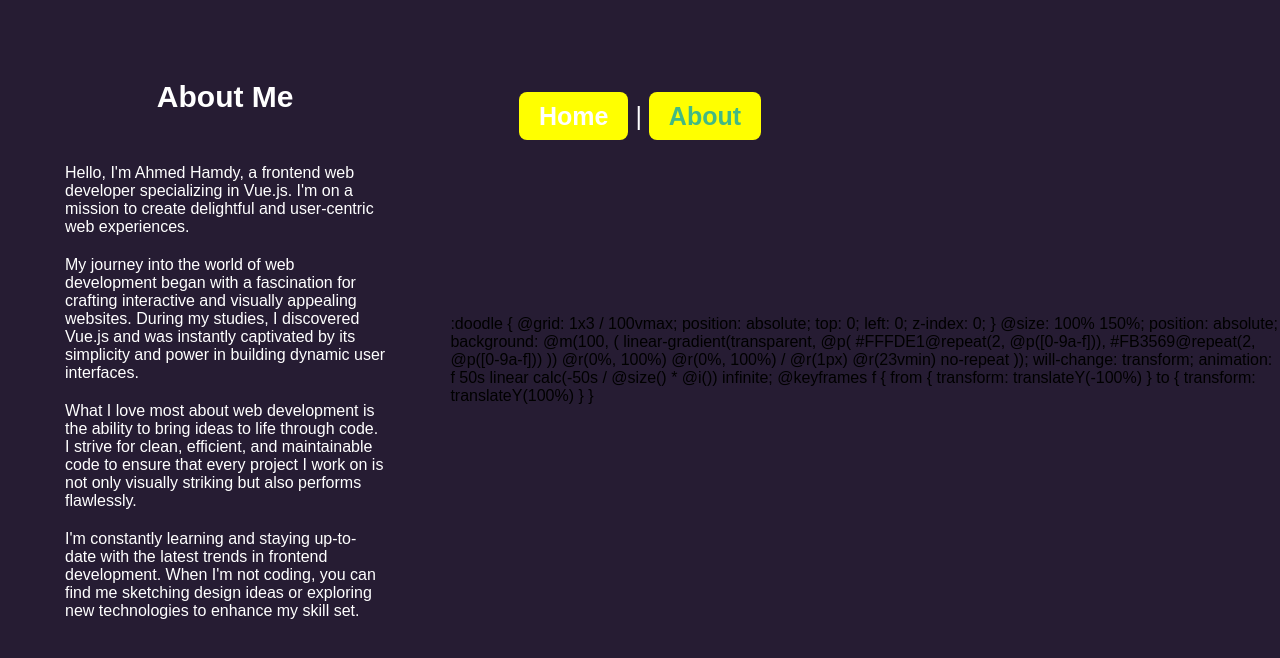
Repository: ahamdy997/portfolio
Page: /about
The author's editor kept a copy of each file at every save. The page is drawn from the files as they stood at one save, then again after the next save.
The browser window is 1280 px wide. The pictures show the whole page.
The project was rebuilt for these pictures with package versions that can differ from the ones it lists, and the page was loaded fresh each time. Also part of the build but not shown: vue.config.js, src/components/HelloWorld.vue, src/views/HomeView.vue.

Above is the page before, as saved 2023-11-05 00:25:43.

### public/index.html
<!DOCTYPE html>
<html lang="">
  <head>
    <meta charset="utf-8" />
    <meta http-equiv="X-UA-Compatible" content="IE=edge" />
    <meta name="viewport" content="width=device-width,initial-scale=1.0" />
    <link rel="icon" href="<%= BASE_URL %>favicon.ico" />
    <title><%= htmlWebpackPlugin.options.title %></title>
  </head>
  <body>
    <noscript>
      <strong
        >We're sorry but <%= htmlWebpackPlugin.options.title %> doesn't work
        properly without JavaScript enabled. Please enable it to
        continue.</strong
      >
    </noscript>
    <div id="app"></div>
    <!-- built files will be auto injected -->
    <css-doodle>
      :doodle { @grid: 1x3 / 100vmax; position: absolute; top: 0; left: 0;
      z-index: 0; } @size: 100% 150%; position: absolute; background: @m(100, (
      linear-gradient(transparent, @p( #FFFDE1@repeat(2, @p([0-9a-f])),
      #FB3569@repeat(2, @p([0-9a-f])) )) @r(0%, 100%) @r(0%, 100%) / @r(1px)
      @r(23vmin) no-repeat )); will-change: transform; animation: f 50s linear
      calc(-50s / @size() * @i()) infinite; @keyframes f { from { transform:
      translateY(-100%) } to { transform: translateY(100%) } }
    </css-doodle>
    <style>
      * {
        box-sizing: border-box;
        padding: 0;
        margin: 0;
      }
      body {
        font-family: sans-serif;
        height: 100vh;
        margin: 0;
        background: #261c33;
        overflow: hidden;
        display: flex;
        align-items: center;
        justify-content: center;
      }
    </style>

    <script src="https://unpkg.com/css-doodle@0.6.1/css-doodle.min.js"></script>
  </body>
</html>

### src/App.vue
<template>
  <header>
    <nav>
      <router-link to="/">Home</router-link> |
      <router-link to="/about">About</router-link>
    </nav>
  </header>
  <router-view />
</template>

<style>
#app {
  text-align: center;
  z-index: 1;
  color: white;
}
header {
  font-size: 25px;
  position: fixed;
  top: 10%;
  left: 0%;
  width: 100%;
}
nav {
  padding: 30px;
  text-align: center;
}

nav a {
  font-weight: bold;
  color: #fff;
  text-decoration: none;
  border-radius: 8px;
  background-color: yellow;
  padding: 10px 20px;
}
a:hover {
  color: #cbb8e3;
}

nav a.router-link-exact-active {
  color: #42b983;
}
</style>

### src/views/AboutView.vue
<template>
  <div class="about">
    <h2>About Me</h2>
    <p>
      Hello, I'm Ahmed Hamdy, a frontend web developer specializing in Vue.js.
      I'm on a mission to create delightful and user-centric web experiences.
    </p>
    <p>
      My journey into the world of web development began with a fascination for
      crafting interactive and visually appealing websites. During my studies, I
      discovered Vue.js and was instantly captivated by its simplicity and power
      in building dynamic user interfaces.
    </p>
    <p>
      What I love most about web development is the ability to bring ideas to
      life through code. I strive for clean, efficient, and maintainable code to
      ensure that every project I work on is not only visually striking but also
      performs flawlessly.
    </p>
    <p>
      I'm constantly learning and staying up-to-date with the latest trends in
      frontend development. When I'm not coding, you can find me sketching
      design ideas or exploring new technologies to enhance my skill set.
    </p>
  </div>
</template>
<style scoped>
p {
  margin: 20px;
}
.about h2 {
  text-align: center;
  margin-bottom: 50px;
  font-size: 30px;
}
.about {
  width: 80%;
  margin: auto;
  text-align: start;
}
</style>

Loaded but not shown: src/main.js (common file); src/router/index.js (common file)

After the next save:
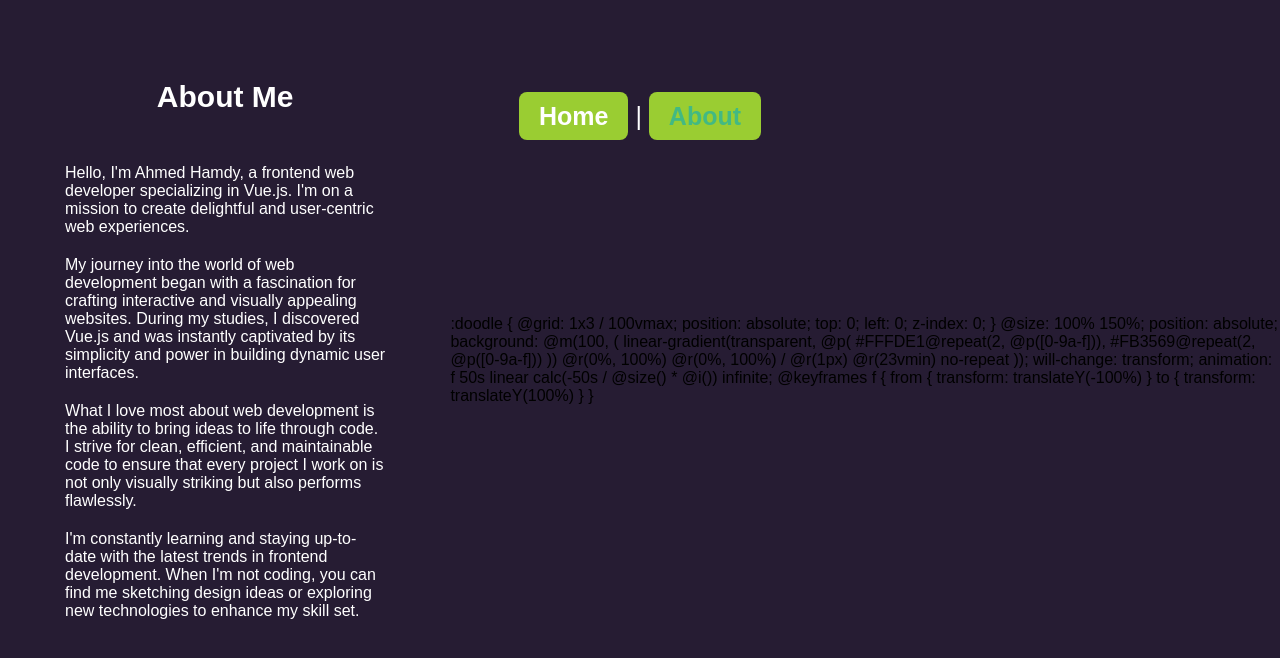
Saved 4 s later.
--- a/src/App.vue
+++ b/src/App.vue
@@ -31,7 +31,7 @@ nav a {
   color: #fff;
   text-decoration: none;
   border-radius: 8px;
-  background-color: yellow;
+  background-color: yellowgreen;
   padding: 10px 20px;
 }
 a:hover {
